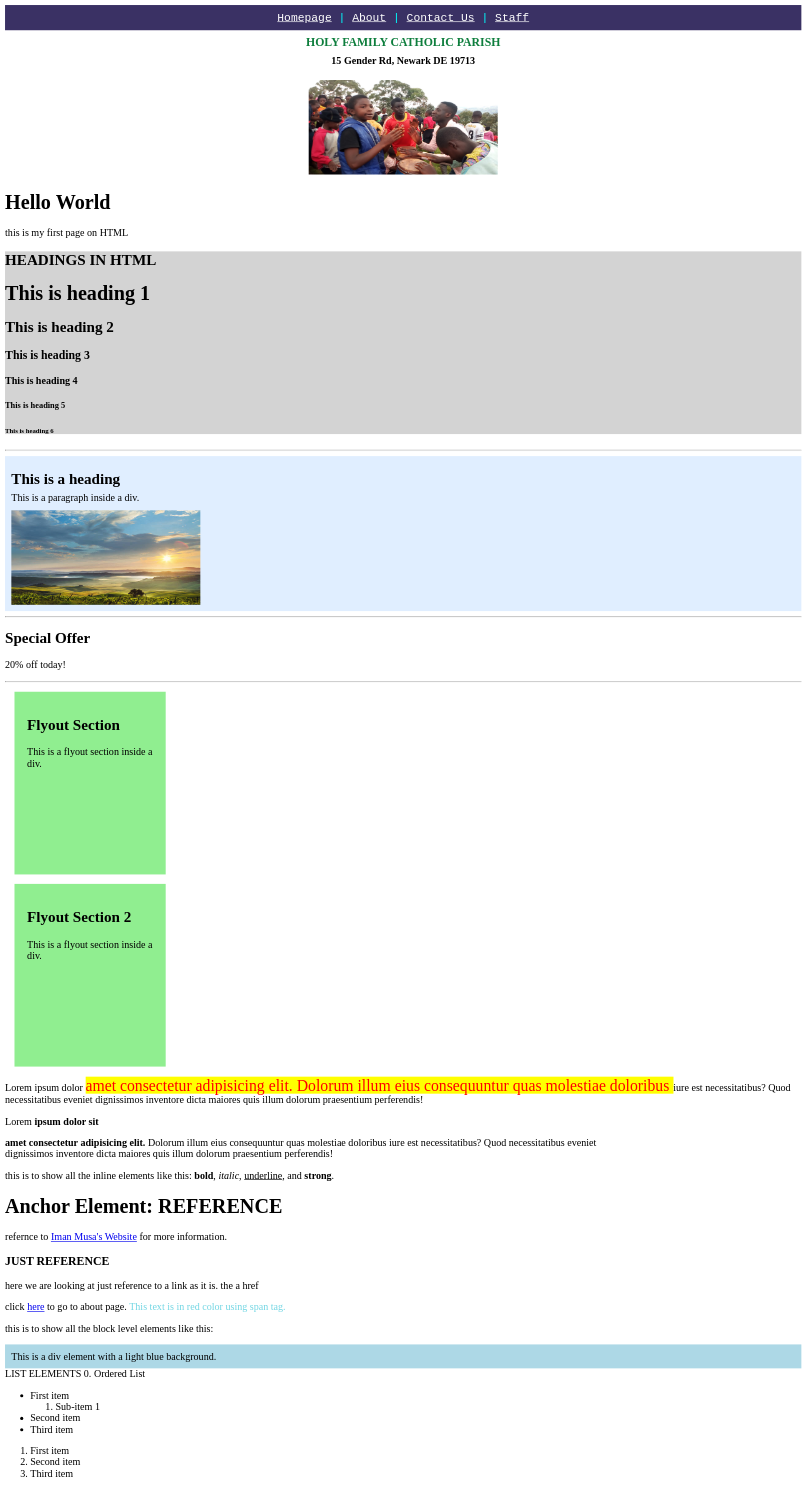
Repository: ficotims/HTML-RESTART
Page: Homepage.html
These files come from the project's save history. The page is drawn as it stood at one moment and after the next save; the edit follows.
The browser window is 1280 px wide. The pictures show the whole page, at 63% of full size.

Above is the page before, as saved 2026-02-10 13:28:19.

After the next save:
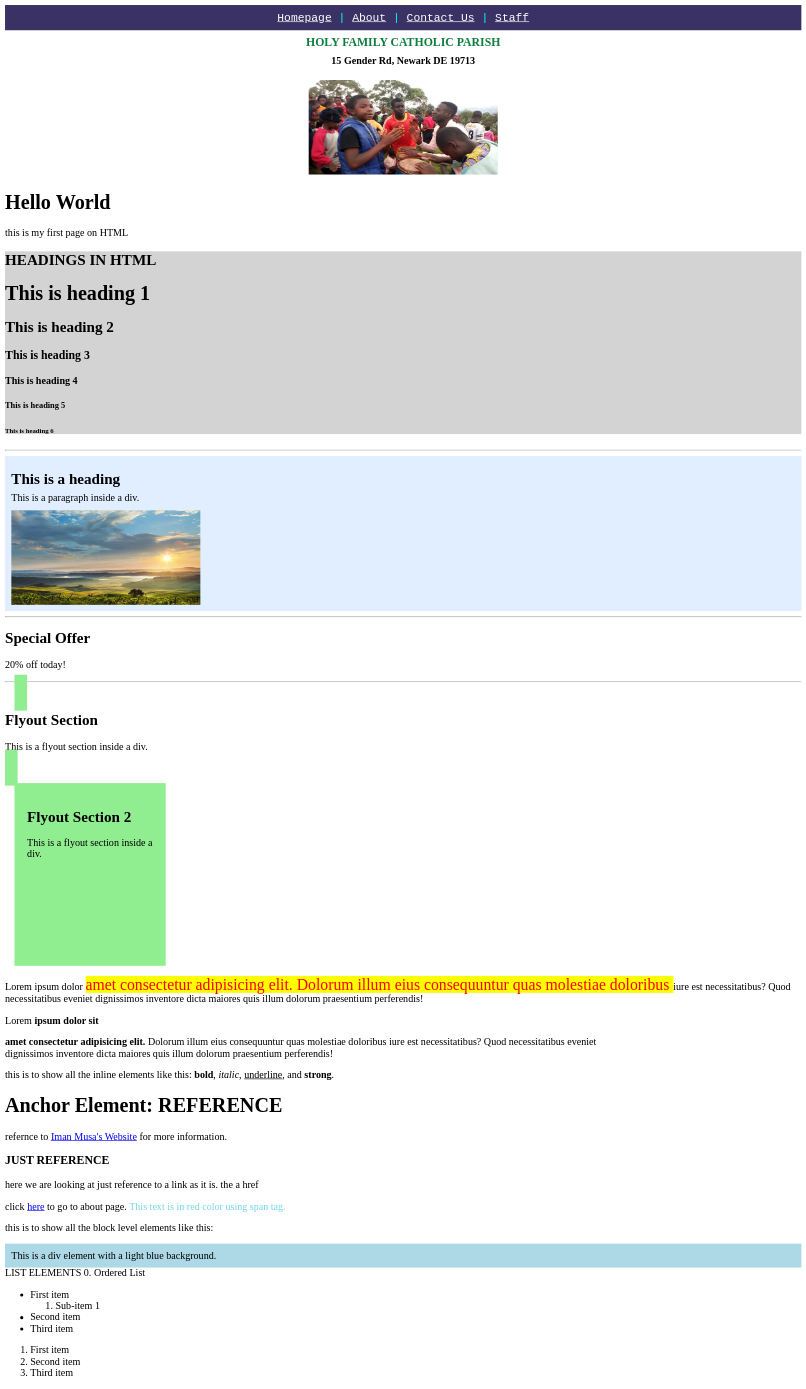
Saved 104 s later.
--- a/Homepage.html
+++ b/Homepage.html
@@ -55,10 +55,10 @@
 </div>
 <hr>
 
-  <div class="flyout">
+  <span class="flyout">
     <h2>Flyout Section</h2>
     <p>This is a flyout section inside a div.</p>
-  </div>
+  </span>
 
  <div class="flyout">
     <h2>Flyout Section 2</h2>
